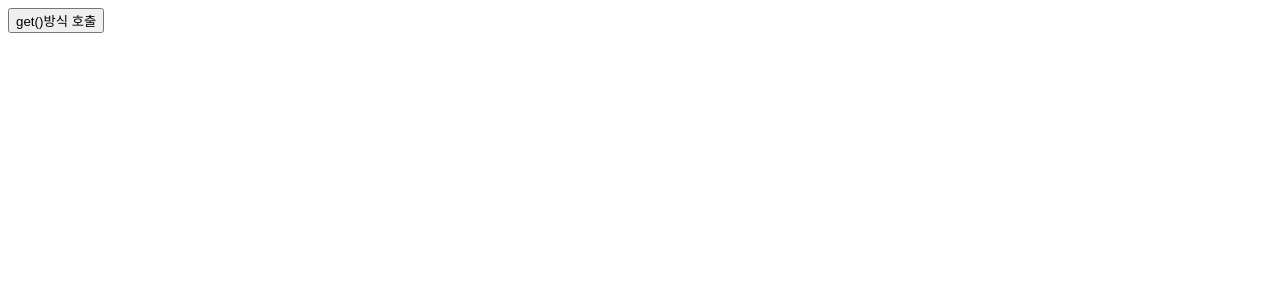
Repository: dhfkdlxm/Lecture-Web
Page: Lecture-Web/WebContent/servlet/method.html
These files come from the project's save history. The page is drawn as it stood at one moment and after the next save; the edit follows.
The browser window is 1280 px wide. The pictures show the whole page.

Above is the page before, as saved 2021-06-18 06:39:26.

After the next save:
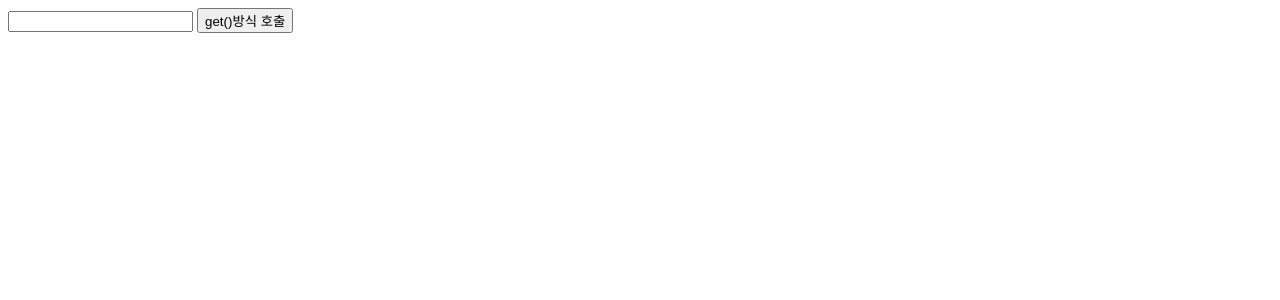
Saved 2 min 41 s later.
--- a/Lecture-Web/WebContent/servlet/method.html
+++ b/Lecture-Web/WebContent/servlet/method.html
@@ -6,6 +6,7 @@
 </head>
 <body>
 	<form action="/Lecture-Web/method" method="get">
+		<input type="text" name = 'id'>
 		<input type="submit" value="get()방식 호출">
 	</form>
 </body>
